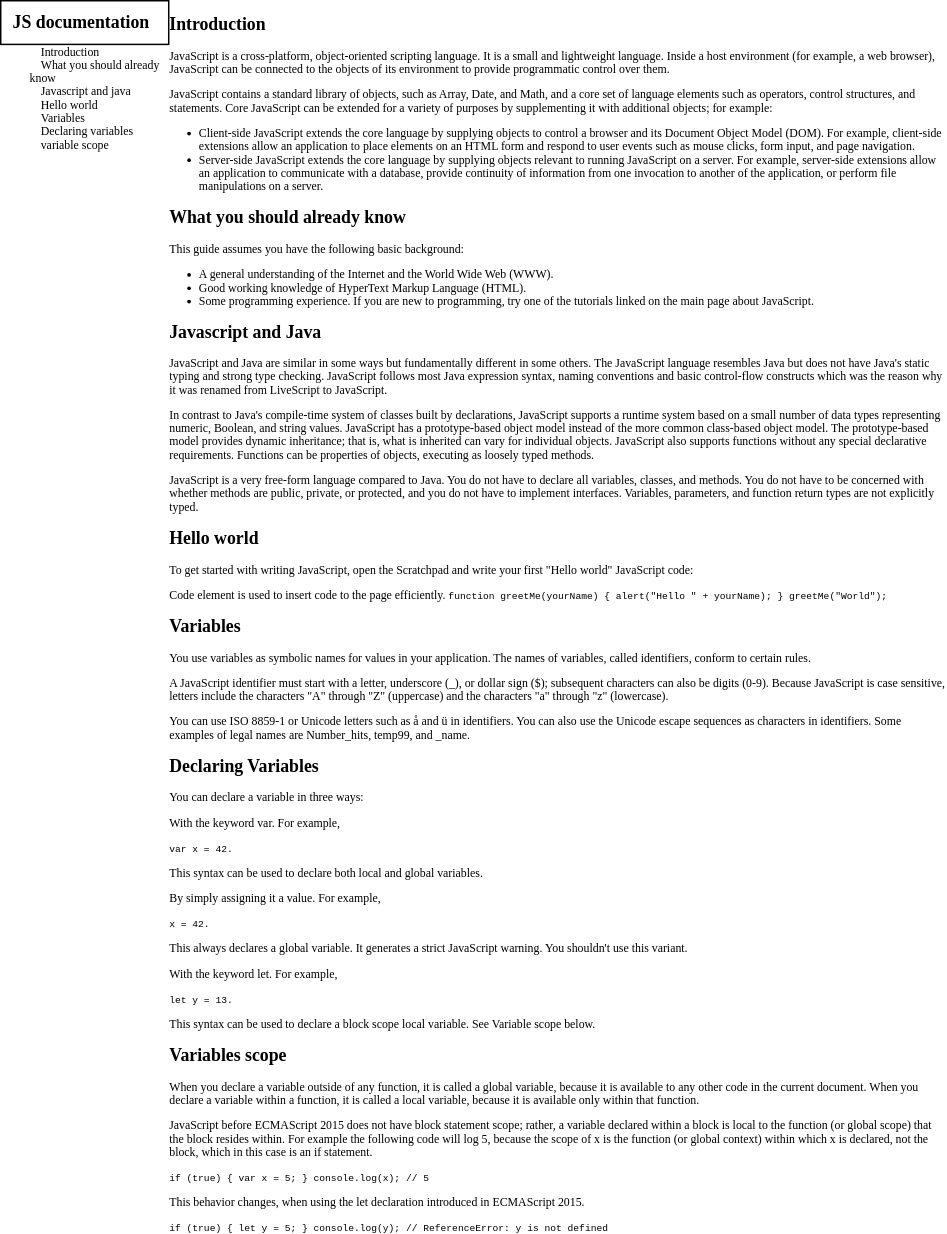
Repository: Pafestivo/Technical-documentation
Page: index.html
The author's editor kept a copy of each file at every save. The page is drawn from the files as they stood at one save, then again after the next save.
The browser window is 1280 px wide. The pictures show the whole page, at 74% of full size.

Above is the page before, as saved 2022-09-07 13:12:09.

After the next save:
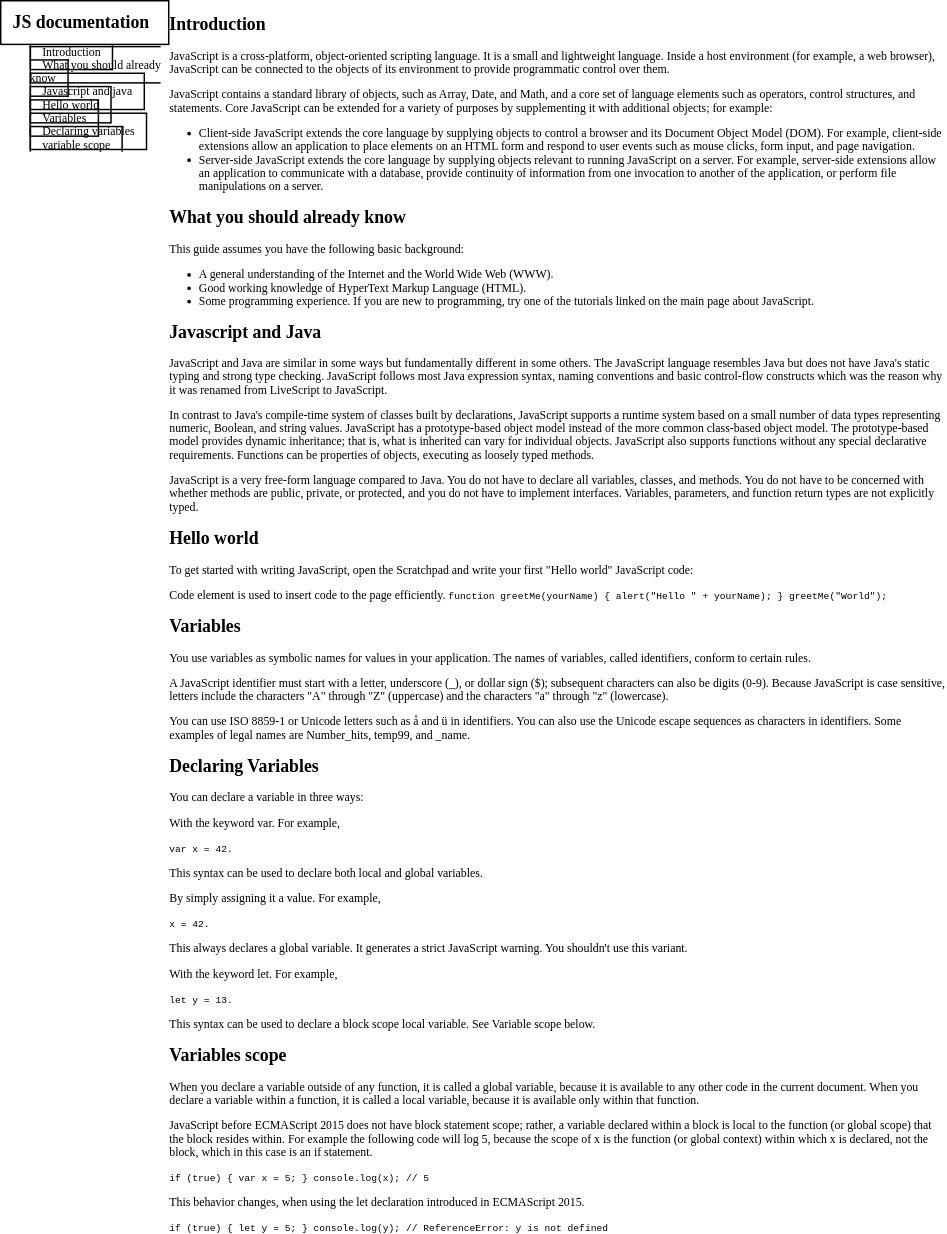
Saved 5 s later.
--- a/styles.css
+++ b/styles.css
@@ -34,7 +34,7 @@ body {
   color: #000;
   padding: 15px;
   margin: 0;
-  border: 2px; solid #000;
+  border: 2px solid #000;
 }
 
 /* Navigation bar end  */
